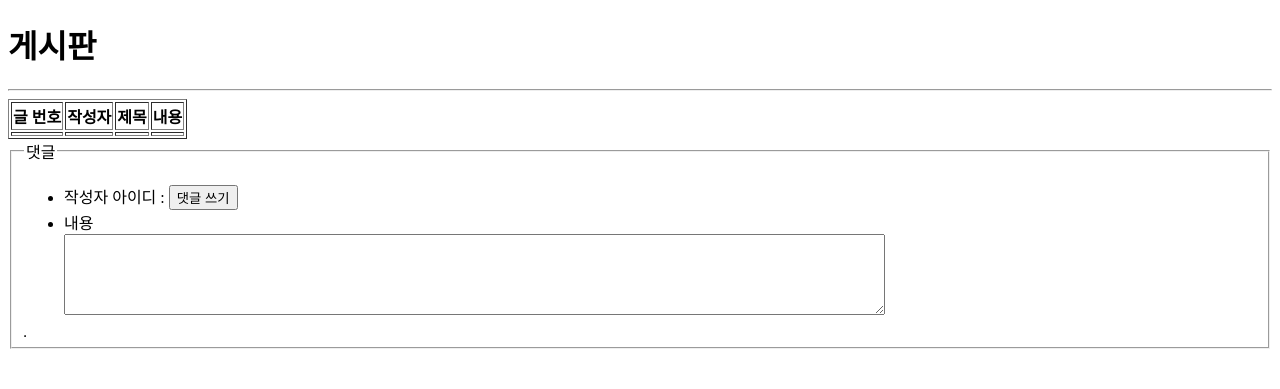
Repository: khy4701/JavaServerPage-Servlet
Page: http://localhost/07.BoardProejct/View.jsp
The author's editor kept a copy of each file at every save. The page is drawn from the files as they stood at one save, then again after the next save.
The browser window is 1280 px wide. The pictures show the whole page.
The page is served by Tomcat 9.

Above is the page before, as saved 2016-07-27 00:47:53.

After the next save:
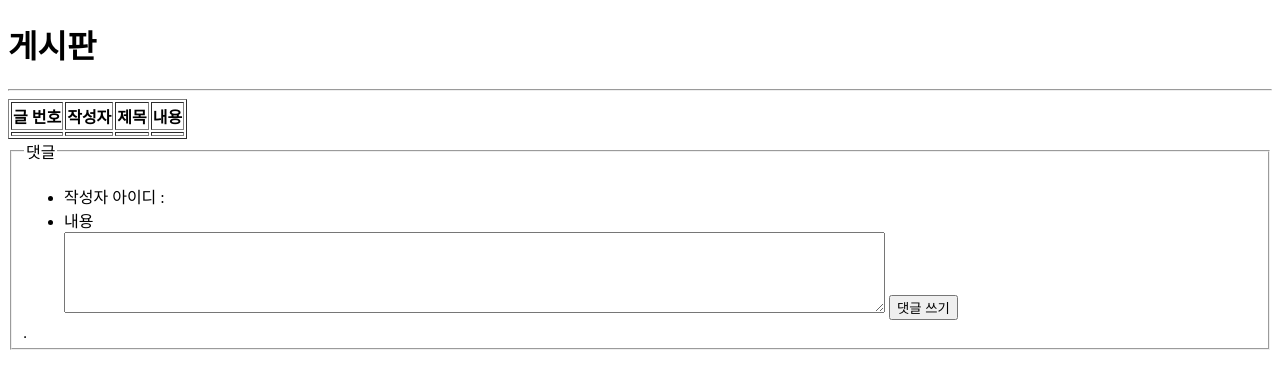
Saved 28 s later.
--- a/07.BoardProejct/WebContent/View.jsp
+++ b/07.BoardProejct/WebContent/View.jsp
@@ -30,8 +30,9 @@
 <fieldset>
 	<legend>댓글 </legend>
 		<ul>
-			<li>작성자 아이디 : ${content.id} <input type="button" value="댓글 쓰기"> </li>
-			<li>내용 <br><textarea rows="5" cols="100" name="content"></textarea></li>
+			<li>작성자 아이디 : ${content.id}  </li>
+			<li>내용 <br><textarea rows="5" cols="100" name="content"></textarea>
+			<input type="button" value="댓글 쓰기"></li>
 		</ul>
 
 	<table border="1">
